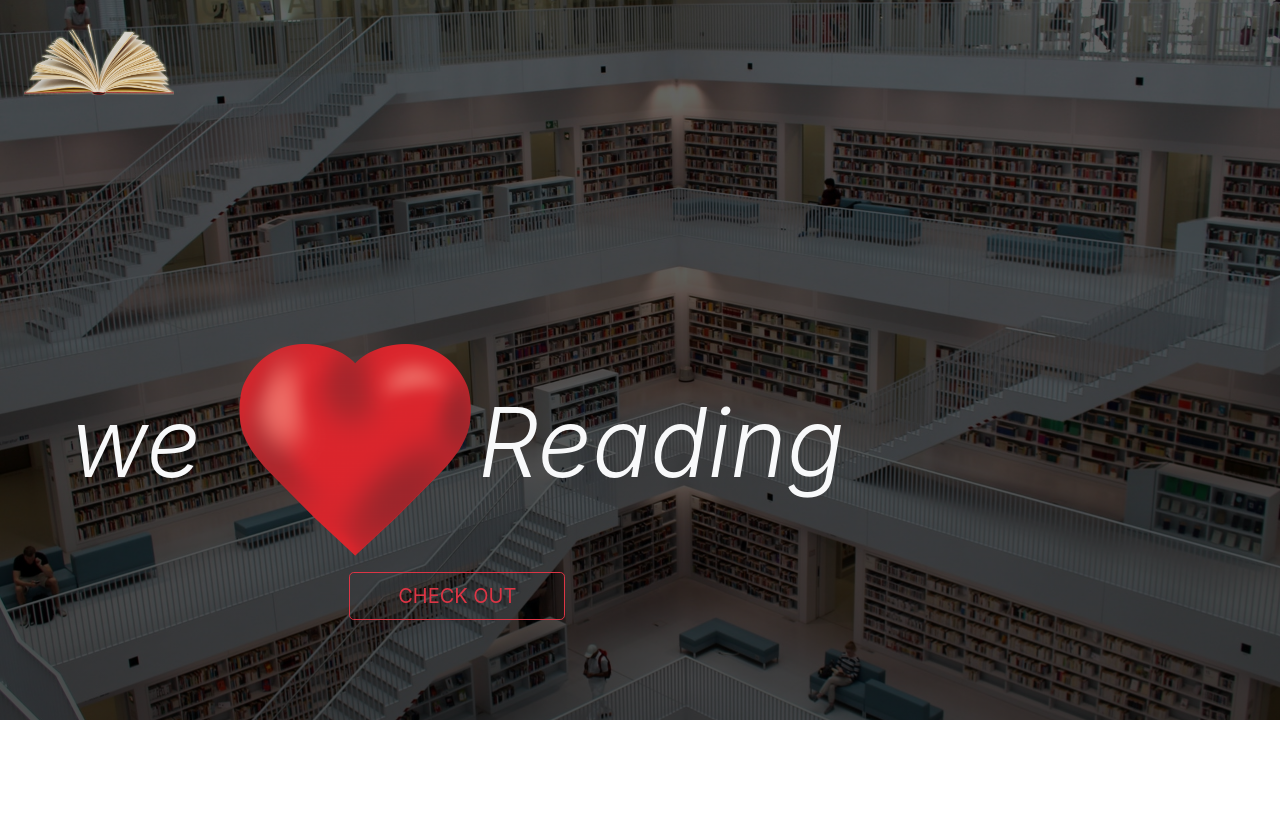
Repository: imedakrouti/BookStore
Page: index.html
An editor plug-in stored every save of this project. The page is shown before and after the next save, followed by the edit.
The browser window is 1280 px wide. The pictures show the whole page.
Backgrounds fixed to the window are drawn as part of the page. Some web libraries are served in a nearby version.

Above is the page before, as saved 2020-05-05 16:18:38.

### index.html
<!DOCTYPE html>
<html lang="en">
<head>
    <meta charset="UTF-8">
    <!-- meta view-port responsive design -->
    <meta name="viewport" content="width=device-width, initial-scale=1.0">
    <!-- Favicon -->
    <link rel="shortcut icon" href="images/img/title-img.png" type="image/x-icon">
    <!-- Fontawsome -->
    <link rel="stylesheet" href="https://use.fontawesome.com/releases/v5.0.10/css/all.css" integrity="sha384-+d0P83n9kaQMCwj8F4RJB66tzIwOKmrdb46+porD/OvrJ+37WqIM7UoBtwHO6Nlg" crossorigin="anonymous">
    <!-- Css Bootstrap -->
    <link rel="stylesheet" href="pluguin/bootstrap/css/bootstrap.min.css">
    <!-- Css style -->
    <link rel="stylesheet" href="styles/styles.css">
    <title>Books Site</title>
</head>
<body>
    <!-- Header -->
    <header>
        <div>
            <a href=""><img src="images/img/book.png"width="150px" class="img-fluid m-4" alt=""></a>
        </div>
        <!-- Hero -->
        <div class="hero">
          <div class="container">
            <div class="row">
                <div class="text-center">
                    <h1 class="text-light display-1 font-italic heading hero-heading">we <img src="images/img/heart.png"width="250px" alt=""class="img-fliud">Reading</h1>
                    <a href="" class="btn btn-lg btn-outline-danger  px-5 text-uppercase ">check out</a>
                </div>
            </div>
        </div>
    </div>
    <!-- End Hero -->
    </header>
    <!-- End Of Header -->
<!-- Jquery -->
<script src="pluguin/jquery-3.3.1.min.js"></script>
<!-- Popper js -->
<script src="pluguin/popper.js"></script>
<!-- Bootstrap js  -->
<script src="pluguin/bootstrap/js/bootstrap.min.js"></script>
<!-- Own js file -->
<script src="js/script.js"></script>
</body>
</html>

### styles/styles.css
@import url('https://fonts.googleapis.com/css?family=Great+Vibes&display=swap');

*{
    margin: 0;
    padding: 0;
    box-sizing:border-box;
}
body{
    /* font-family: 'Great Vibes', cursive; */
}
a:hover{
    text-decoration: none;
}
header{
    height: 100vh;
    background:linear-gradient(rgba(0,0,0,0.6),rgba(0,0,0,0.7)),url('../images/img/header-bg.jpeg')no-repeat fixed center /cover;
}
.hero{
    height: 100%;
    display: flex;
    justify-content: center;
    align-items: center;
}

Loaded but not shown: pluguin/bootstrap/css/bootstrap.min.css (library); pluguin/jquery-3.3.1.min.js (library); pluguin/popper.js (library); pluguin/bootstrap/js/bootstrap.min.js (library); js/script.js (no stored copy; drawn as an empty file)

After the next save:
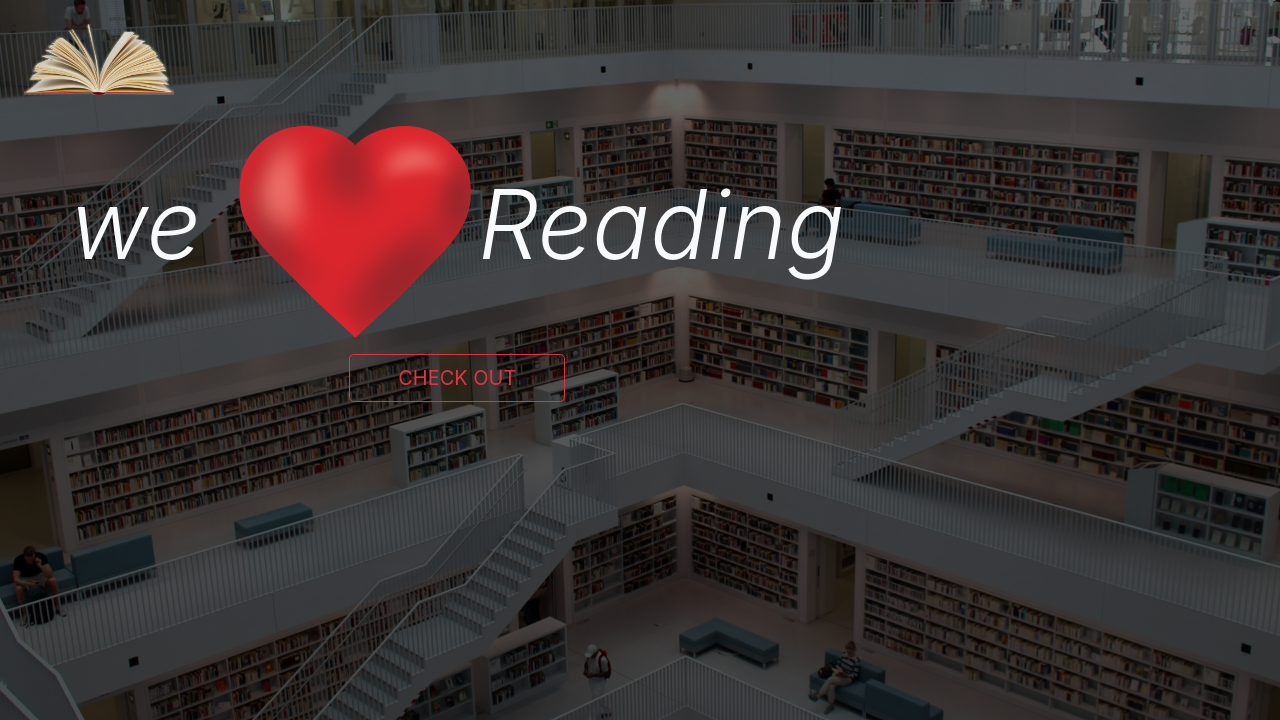
Saved 17 s later.
--- a/styles/styles.css
+++ b/styles/styles.css
@@ -16,8 +16,5 @@ header{
     background:linear-gradient(rgba(0,0,0,0.6),rgba(0,0,0,0.7)),url('../images/img/header-bg.jpeg')no-repeat fixed center /cover;
 }
 .hero{
-    height: 100%;
-    display: flex;
-    justify-content: center;
-    align-items: center;
+
 }
